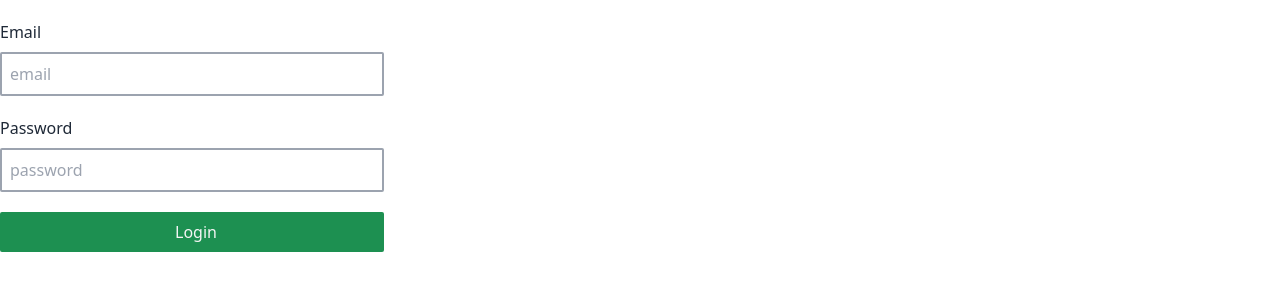
Repository: Sanaa00/Green-Exchange-AdminPanel
Page: /
The author's editor kept a copy of each file at every save. The page is drawn from the files as they stood at one save, then again after the next save.
The browser window is 1280 px wide. The pictures show the whole page.
The project was rebuilt for these pictures with package versions that can differ from the ones it lists, and the page was loaded fresh each time. Also part of the build but not shown: vite.config.js, src/Component/Pagination.jsx, src/Pages/HideProducts.jsx, src/features/products.jsx, src/Component/Loading.jsx, src/Pages/Products.jsx, src/Component/Logo.jsx, src/Component/Sidbar.jsx and 8 more.

Above is the page before, as saved 2024-01-29 20:54:22.

After the next save:
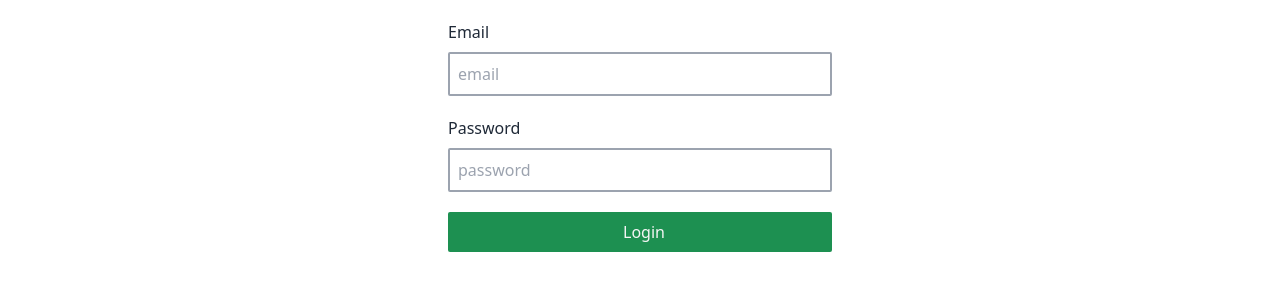
Saved 58 s later.
--- a/src/Pages/Login.jsx
+++ b/src/Pages/Login.jsx
@@ -35,7 +35,7 @@ function Login() {
     return <Navigate to="/sidbar" replace />;
 
   return (
-    <div className="flex flex-col text-gray-800">
+    <div className="flex flex-col text-gray-800 items-center justify-center ">
       <div className="mt-5 flex flex-col">
         <label htmlFor="Username">Email</label>
         <input
